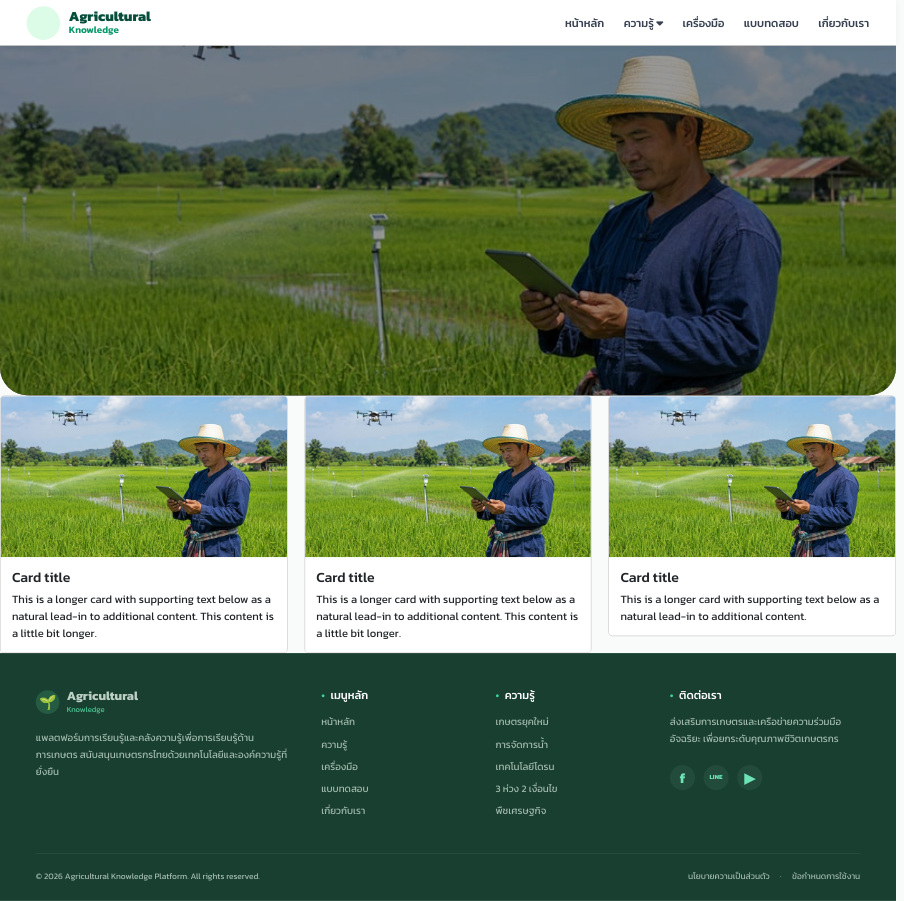
Repository: nuwat-wa/Project-WebdesignAG
Page: ag1.html
These files come from the project's save history. The page is drawn as it stood at one moment and after the next save; the edit follows.
The browser window is 1280 px wide. The page is 1292 px wide, then 1280 px, so the pictures cover 1292 px, including what lies to the right of the window. The pictures show the whole page, at 70% of full size.

Above is the page before, as saved 2026-09-24 19:14:50.

### ag1.html
<!doctype html>
<html lang="en">
  <head>
    <meta charset="UTF-8" />
    <meta name="viewport" content="width=device-width, initial-scale=1.0" />
    <title>Agricultural Knowledge</title>
    <link
      href="https://cdn.jsdelivr.net/npm/bootstrap@5.3.8/dist/css/bootstrap.min.css"
      rel="stylesheet"
      integrity="sha384-sRIl4kxILFvY47J16cr9ZwB07vP4J8+LH7qKQnuqkuIAvNWLzeN8tE5YBujZqJLB"
      crossorigin="anonymous"
    />
    <link
      rel="stylesheet"
      href="https://cdnjs.cloudflare.com/ajax/libs/font-awesome/6.7.2/css/all.min.css"
    />
    <link rel="stylesheet" href="ag1.css" />
  </head>
  <body>
    <header class="header">
      <div class="logo">
        <div class="logo-icon">
          <i class=""></i>
        </div>
        <div class="brand-text">
          <h1 class="title">Agricultural</h1>
          <span class="subtitle">Knowledge</span>
        </div>
      </div>

      <nav class="nav-links">
        <a href="#">หน้าหลัก</a>
        <a href="#">ความรู้ <i class="fa-solid fa-caret-down"></i> </a>
        <a href="#">เครื่องมือ</a>
        <a href="#">แบบทดสอบ</a>
        <a href="#">เกี่ยวกับเรา</a>
      </nav>
    </header>

    <div class="helo">
      <img src="img/aghero.jpg" alt="Agricultural" />
      <div class="overlay"></div>
    </div>

    <div class="navcont"></div>

    <div class="content">
      <div class="row row-cols-1 row-cols-md-3 g-4">
        <div class="col">
          <div class="card">
            <img src="img/aghero.jpg" class="card-img-top" alt="..." />
            <div class="card-body">
              <h5 class="card-title">Card title</h5>
              <p class="card-text">
                This is a longer card with supporting text below as a natural
                lead-in to additional content. This content is a little bit
                longer.
              </p>
            </div>
          </div>
        </div>
        <div class="col">
          <div class="card">
            <img src="img/aghero.jpg" class="card-img-top" alt="..." />
            <div class="card-body">
              <h5 class="card-title">Card title</h5>
              <p class="card-text">
                This is a longer card with supporting text below as a natural
                lead-in to additional content. This content is a little bit
                longer.
              </p>
            </div>
          </div>
        </div>
        <div class="col">
          <div class="card">
            <img src="img/aghero.jpg" class="card-img-top" alt="..." />
            <div class="card-body">
              <h5 class="card-title">Card title</h5>
              <p class="card-text">
                This is a longer card with supporting text below as a natural
                lead-in to additional content.
              </p>
            </div>
          </div>
        </div>

      </div>
    </div>

    <footer class="site-footer">
      <div class="footer-top">
        <!-- โลโก้และคำอธิบาย -->
        <div class="footer-about">
          <div class="footer-logo">
            <span class="footer-logo-icon">🌱</span>

            <div>
              <strong>Agricultural</strong>
              <small>Knowledge</small>
            </div>
          </div>

          <p>
            แพลตฟอร์มการเรียนรู้และคลังความรู้เพื่อการเรียนรู้ด้านการเกษตร
            สนับสนุนเกษตรกรไทยด้วยเทคโนโลยีและองค์ความรู้ที่ยั่งยืน
          </p>
        </div>

        <!-- เมนูหลัก -->
        <div class="footer-column">
          <h3>เมนูหลัก</h3>

          <ul>
            <li><a href="home.html">หน้าหลัก</a></li>
            <li><a href="knowledge.html">ความรู้</a></li>
            <li><a href="tools.html">เครื่องมือ</a></li>
            <li><a href="quiz.html">แบบทดสอบ</a></li>
            <li><a href="about.html">เกี่ยวกับเรา</a></li>
          </ul>
        </div>

        <!-- หมวดความรู้ -->
        <div class="footer-column">
          <h3>ความรู้</h3>

          <ul>
            <li><a href="modern-farming.html">เกษตรยุคใหม่</a></li>
            <li><a href="water.html">การจัดการน้ำ</a></li>
            <li><a href="drone.html">เทคโนโลยีโดรน</a></li>
            <li><a href="sufficiency.html">3 ห่วง 2 เงื่อนไข</a></li>
            <li><a href="crops.html">พืชเศรษฐกิจ</a></li>
          </ul>
        </div>

        <!-- ติดต่อ -->
        <div class="footer-contact">
          <h3>ติดต่อเรา</h3>

          <p>
            ส่งเสริมการเกษตรและเครือข่ายความร่วมมืออัจฉริยะ
            เพื่อยกระดับคุณภาพชีวิตเกษตรกร
          </p>

          <!-- ใส่ URL ของช่องทางจริงใน href -->
          <div class="footer-social">
            <a href="#" aria-label="Facebook">f</a>
            <a href="#" class="social-line" aria-label="LINE">LINE</a>
            <a href="#" aria-label="YouTube">▶</a>
          </div>
        </div>
      </div>

      <!-- ส่วนล่าง -->
      <div class="footer-bottom">
        <p>© 2026 Agricultural Knowledge Platform. All rights reserved.</p>

        <div class="footer-policy">
          <a href="privacy.html">นโยบายความเป็นส่วนตัว</a>
          <span>·</span>
          <a href="terms.html">ข้อกำหนดการใช้งาน</a>
        </div>
      </div>
    </footer>

    <script
      src="https://cdn.jsdelivr.net/npm/bootstrap@5.3.8/dist/js/bootstrap.bundle.min.js"
      integrity="sha384-FKyoEForCGlyvwx9Hj09JcYn3nv7wiPVlz7YYwJrWVcXK/BmnVDxM+D2scQbITxI"
      crossorigin="anonymous"
    ></script>
  </body>
</html>

### ag1.css
@import url('https://fonts.googleapis.com/css2?family=Kanit:ital,wght@0,100;0,200;0,300;0,400;0,500;0,600;0,700;0,800;0,900;1,100;1,200;1,300;1,400;1,500;1,600;1,700;1,800;1,900&display=swap');

* {
  margin: 0;
  padding: 0;
  box-sizing: border-box;
  font-family: "Kanit", sans-serif;
  font-style: normal;
}

body {
  background: #f8fbf9;
}

.header {
  position: fixed;
  top: 0;
  left: 0;
  width: 100%;
  padding: 0 3%;
  height: 65px;
  background: white;
  display: flex;
  justify-content: space-between;
  align-items: center;
  box-shadow: 0 2px 10px rgba(0, 0, 0, 0.05);
  z-index: 1000;
}

.logo {
  display: flex;
  align-items: center;
  gap: 12px;
}

.logo-icon {
  width: 48px;
  height: 48px;
  background-color: #dcfce7;
  border-radius: 50%;
  display: flex;
  align-items: center;
  justify-content: center;
}

.brand-text {
  display: flex;
  flex-direction: column;
}

.title {
  margin: 0;
  font-size: 20px;
  font-weight: 800;
  color: #064e3b;
  line-height: 0.95;
}

.subtitle {
  font-size: 14px;
  font-weight: 600;
  color: #059669;
  line-height: 1.1;
  margin-top: 2px;
}

.nav-links a {
  text-decoration: none;
  color: #374151;
  font-weight: 500;
  margin-left: 24px;
}

.nav-links a:hover {
  color: #2D6A4F;
}

.nav-links a:hover {
    color: #2D6A4F;
}

nav a:hover,
nav .active {
    color: #2D6A4F;
    border-bottom: 2px solid #2D6A4F;
}

.helo {
  width: 100vw;
  margin-top: 65px;
  background-color: black;
  border-radius: 0px 0px 40px 40px;
}

.helo img {
  width: 100%;
  height: 500px;
  object-fit: cover;
  display: block;
  border-radius: 0px 0px 40px 40px;
  opacity: 0.6;
}


/* content */
.content {
    margin: 20;
}

/* footer */
.site-footer {
    padding: 50px 4% 25px;
    background-color: #193f31;
    color: #a4bdb0;
    font-size: 14px;
    line-height: 1.7;
    width: 100vw;
}

.site-footer * {
    box-sizing: border-box;
}

.site-footer a {
    color: #a4bdb0;
    text-decoration: none;
}

.site-footer a:hover {
    color: #65dfb0;
}

.site-footer a:focus-visible {
    outline: 2px solid #65dfb0;
    outline-offset: 4px;
}


/* จัดเนื้อหา 4 คอลัมน์ */
.site-footer .footer-top {
    display: flex;
    justify-content: space-between;
    gap: 45px;
    max-width: 1200px;
    margin: auto;
}

.site-footer .footer-about {
    flex: 1.6;
    min-width: 0;
}

.site-footer .footer-column {
    flex: 0.9;
    min-width: 0;
}

.site-footer .footer-contact {
    flex: 1.2;
    min-width: 0;
}


/* โลโก้ */
.site-footer .footer-logo {
    display: flex;
    align-items: center;
    gap: 10px;
    margin-bottom: 20px;
}

.site-footer .footer-logo-icon {
    display: flex;
    align-items: center;
    justify-content: center;
    width: 34px;
    height: 34px;
    border-radius: 50%;
    background-color: #245b42;
    font-size: 20px;
}

.site-footer .footer-logo strong {
    display: block;
    color: #bdd0c5;
    font-size: 18px;
    line-height: 1.2;
}

.site-footer .footer-logo small {
    display: block;
    color: #50c998;
    font-size: 11px;
}


/* หัวข้อและจุดสีเขียว */

.site-footer h3 {
    margin: 0 0 18px;
    color: white;
    font-size: 16px;
}

.site-footer h3::before {
    content: "•";
    margin-right: 8px;
    color: #3bd4a0;
}


/* ข้อความและรายการลิงก์ */

.site-footer p {
    margin: 0;
}

.site-footer ul {
    margin: 0;
    padding: 0;
    list-style: none;
}

.site-footer li {
    margin-bottom: 8px;
}


/* ปุ่มช่องทางติดต่อ */

.site-footer .footer-social {
    display: flex;
    gap: 12px;
    margin-top: 25px;
}

.site-footer .footer-social a {
    display: flex;
    align-items: center;
    justify-content: center;
    width: 36px;
    height: 36px;
    border-radius: 50%;
    background-color: #224b3b;
    color: #6ce4b6;
    font-size: 20px;
    font-weight: bold;
}

.site-footer .footer-social a:hover {
    background-color: #30634e;
}

.site-footer .footer-social .social-line {
    font-size: 9px;
}


/* เส้นคั่นและข้อมูลด้านล่าง */

.site-footer .footer-bottom {
    display: flex;
    justify-content: space-between;
    align-items: center;
    gap: 20px;
    max-width: 1200px;
    margin: 40px auto 0;
    padding-top: 22px;
    border-top: 1px solid #2b5140;
    font-size: 12px;
}

.site-footer .footer-policy {
    display: flex;
    flex-wrap: wrap;
    gap: 15px;
}


/* แท็บเล็ต: แสดงสองคอลัมน์ */
@media (max-width: 768px) {
    .site-footer .footer-top {
        flex-wrap: wrap;
        gap: 30px;
    }
    .site-footer .footer-about,
    .site-footer .footer-column,
    .site-footer .footer-contact {
        flex: 1 1 40%;
    }
    .site-footer .footer-bottom {
        flex-direction: column;
        align-items: flex-start;
    }
}


/* มือถือ: เรียงลงมาคอลัมน์เดียว */
@media (max-width: 375px) {
    .site-footer {
        padding: 35px 20px 20px;
    }
    .site-footer .footer-top {
        flex-direction: column;
    }
}

After the next save:
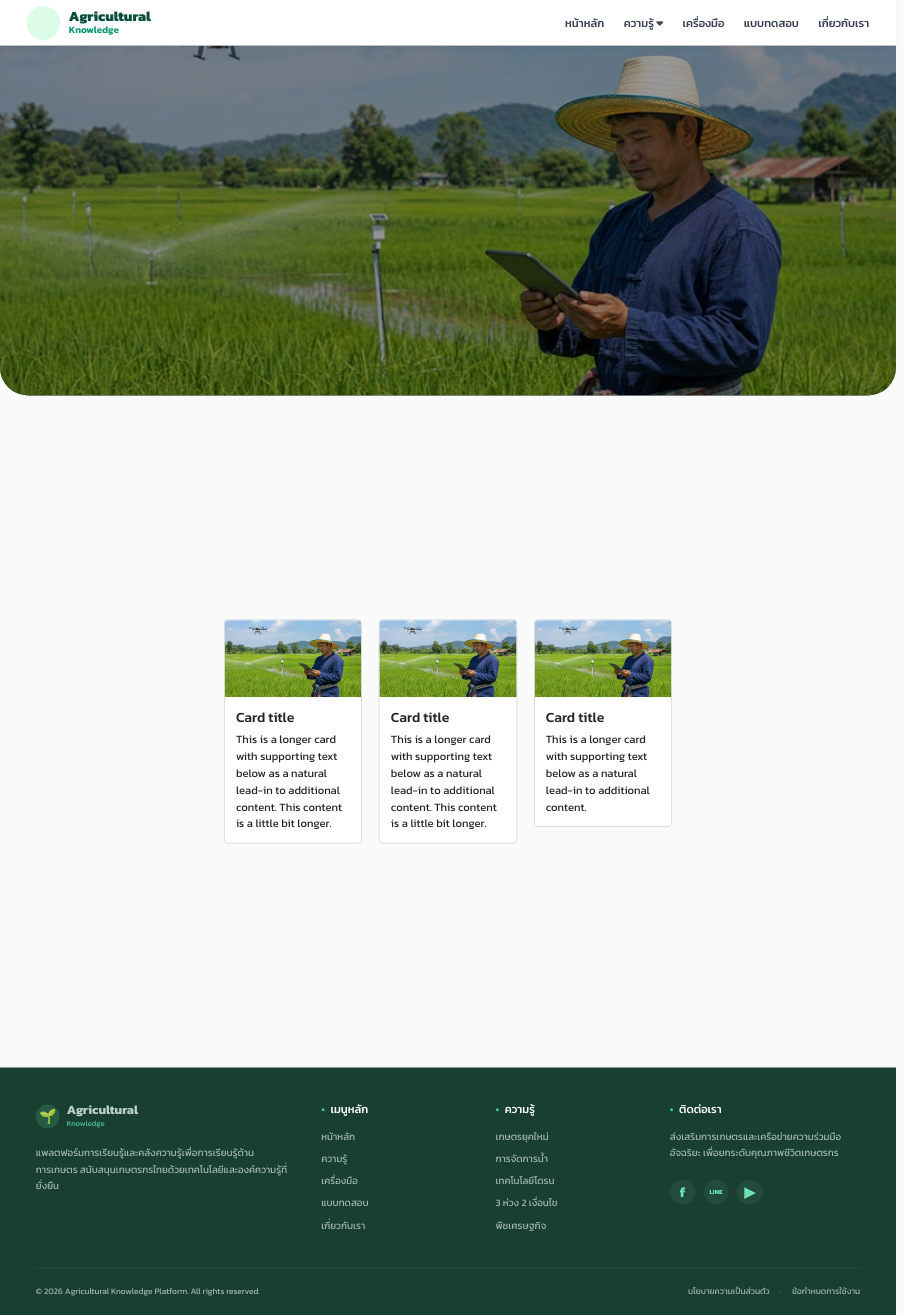
Saved 4 s later.
--- a/ag1.css
+++ b/ag1.css
@@ -104,7 +104,7 @@ nav .active {
 
 /* content */
 .content {
-    margin: 20;
+    margin: 20rem;
 }
 
 /* footer */
